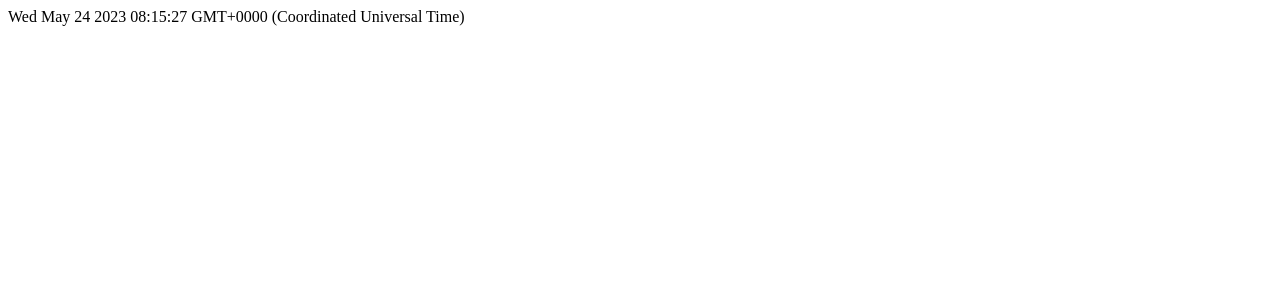
Repository: Dalso13/workspace
Page: workspace_web/chapter03_javascript/WebContent/04_함수/NewFile.html
These files come from the project's save history. The page is drawn as it stood at one moment and after the next save; the edit follows.
The browser window is 1280 px wide. The pictures show the whole page.

Above is the page before, as saved 2023-05-10 06:39:00.

After the next save:
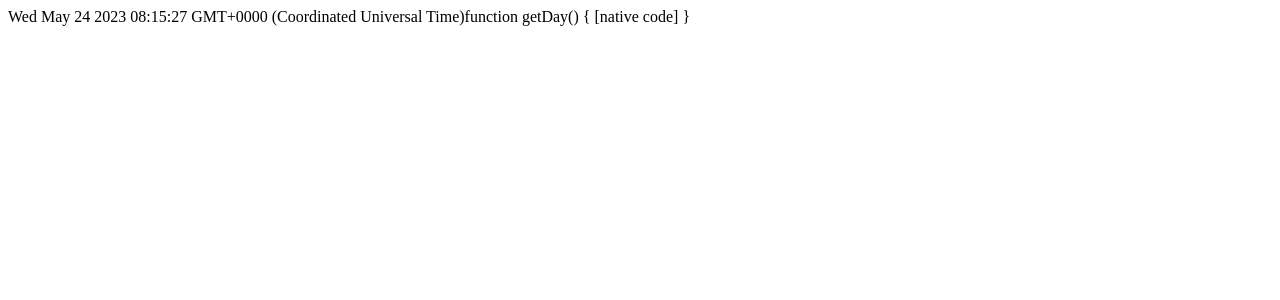
Saved 48 s later.
--- a/workspace_web/chapter03_javascript/WebContent/04_함수/NewFile.html
+++ b/workspace_web/chapter03_javascript/WebContent/04_함수/NewFile.html
@@ -10,6 +10,7 @@
 	date.setDate(24);
 
 	document.write(date);
+	document.write(date.getDay);
 
 </script>
 </head>

After the save that followed:
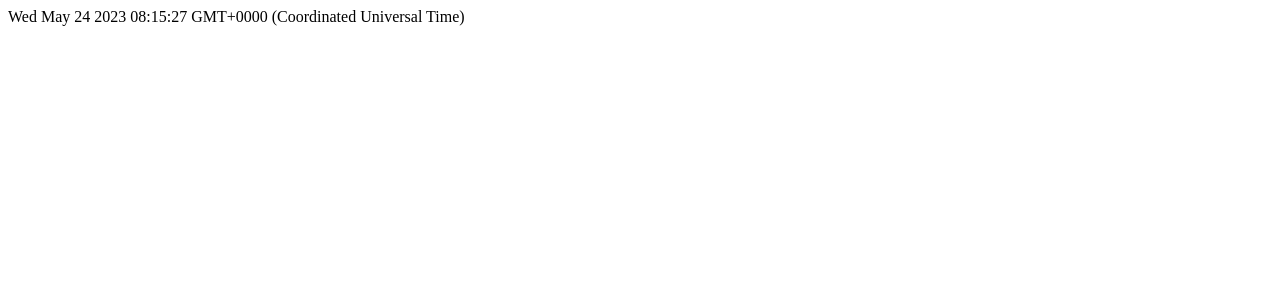
Saved 32 s later.
--- a/workspace_web/chapter03_javascript/WebContent/04_함수/NewFile.html
+++ b/workspace_web/chapter03_javascript/WebContent/04_함수/NewFile.html
@@ -10,7 +10,7 @@
 	date.setDate(24);
 
 	document.write(date);
-	document.write(date.getDay);
+
 
 </script>
 </head>
